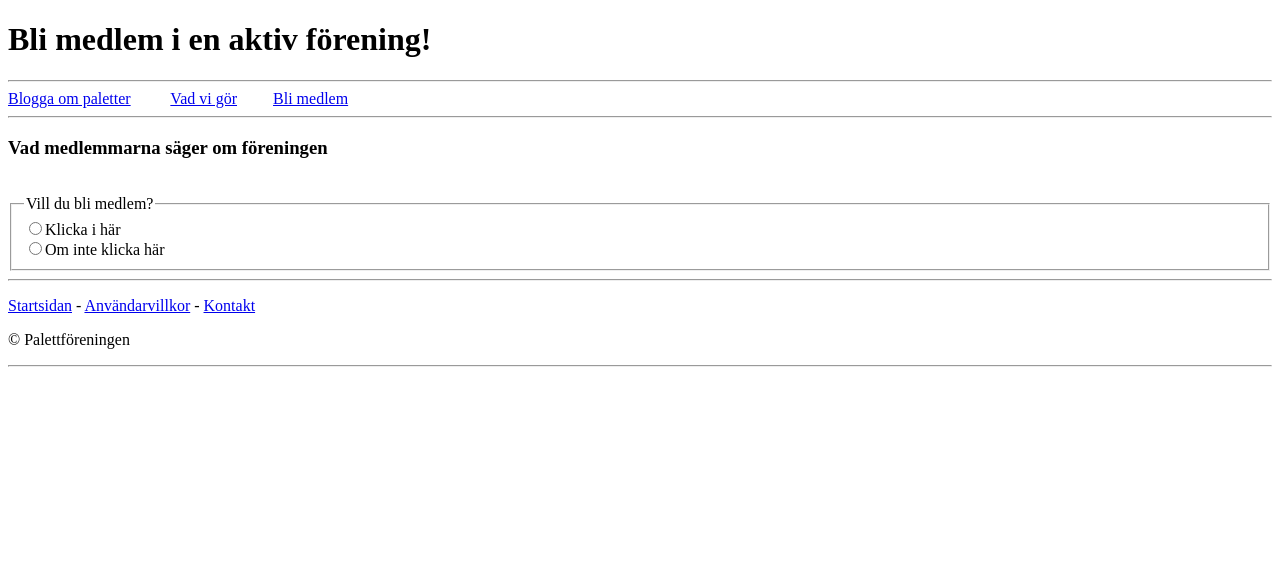
Repository: Webutveckling-20-21/Uppgift-1
Page: medlemskap.html
An editor plug-in stored every save of this project. The page is shown before and after the next save, followed by the edit.
The browser window is 1280 px wide. The pictures show the whole page.

Above is the page before, as saved 2021-09-06 16:42:37.

### medlemskap.html
<!DOCTYPE html>
<html lang="en">

<head>
    <meta charset="UTF-8">
    <meta name="viewport" content="width=device-width, initial-scale=1.0">
    <title>Palettföreningen</title>
</head>

<body>
    <header>
        <h1>Bli medlem i en aktiv förening!</h1>
        <hr>
        <a href="blogg.html">Blogga om paletter</a> &nbsp;&nbsp;&nbsp;&nbsp;&nbsp;&nbsp;&nbsp;&nbsp; <a
            href="verksamheten.html">Vad vi gör</a>&nbsp;&nbsp;&nbsp;&nbsp;&nbsp;&nbsp;&nbsp;&nbsp;
        <a href="medlemskap.html">Bli medlem</a>

    </header>
    <hr>
    <main>

    </main>
    <aside>
        <article>
            <h3>Vad medlemmarna säger om föreningen</h3><br>

        </article>
        <form method="post">
            <fieldset>
                <legend>Vill du bli medlem?</legend>
                <label><input type="radio" name="radio">Klicka i här</label><br>
                <label><input type="radio" name="radio">Om inte klicka här</label>
            </fieldset>
        </form>

    </aside>
    <hr>
    <footer>
        <nav>
            <p>
                <a href="index.html">Startsidan</a> -
                <a href="villkor.html">Användarvillkor</a> -
                <a href="kontakt.html">Kontakt</a>
            </p>
        </nav>
        <p> &copy; Palettföreningen</p>

    </footer>
    <hr>

</body>


</html>

After the next save:
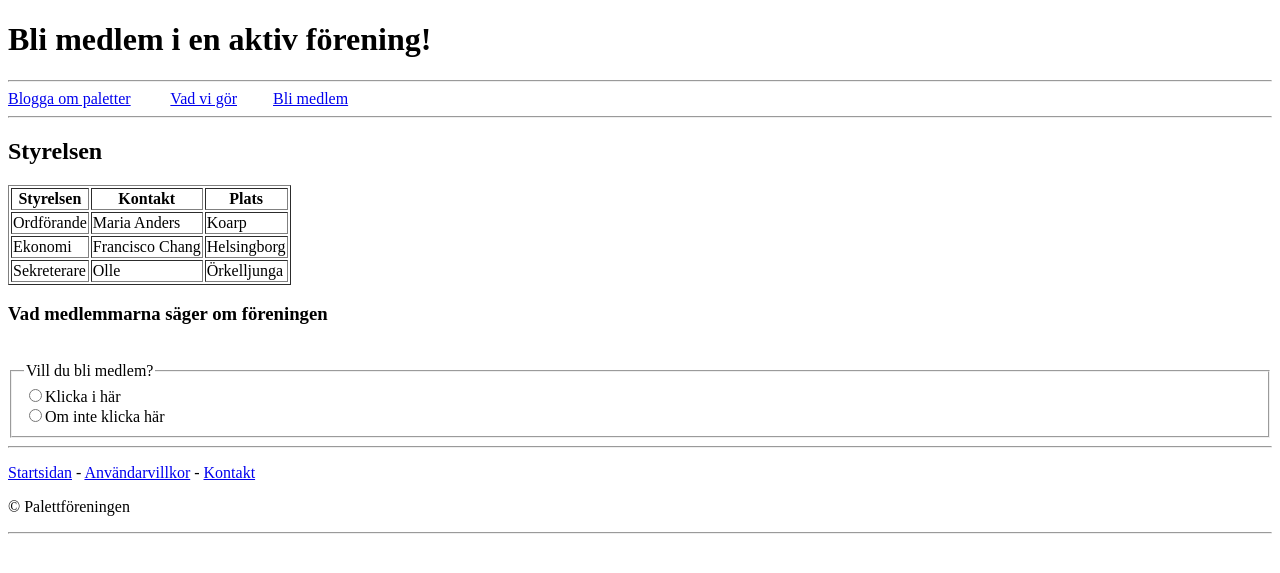
Saved 2 min 5 s later.
--- a/medlemskap.html
+++ b/medlemskap.html
@@ -18,6 +18,31 @@
     </header>
     <hr>
     <main>
+         <h2>Styrelsen</h2>
+
+        <table border="1">
+            <tr>
+                <th>Styrelsen</th>
+                <th>Kontakt</th>
+                <th>Plats</th>
+            </tr>
+            <tr>
+                <td>Ordförande</td>
+                <td>Maria Anders</td>
+                <td>Koarp</td>
+            </tr>
+            <tr>
+                <td>Ekonomi</td>
+                <td>Francisco Chang</td>
+                <td>Helsingborg</td>
+            </tr>
+            <tr>
+                <td>Sekreterare</td>
+                <td>Olle</td>
+                <td>Örkelljunga</td>
+            </tr>
+        </table>
+
 
     </main>
     <aside>
